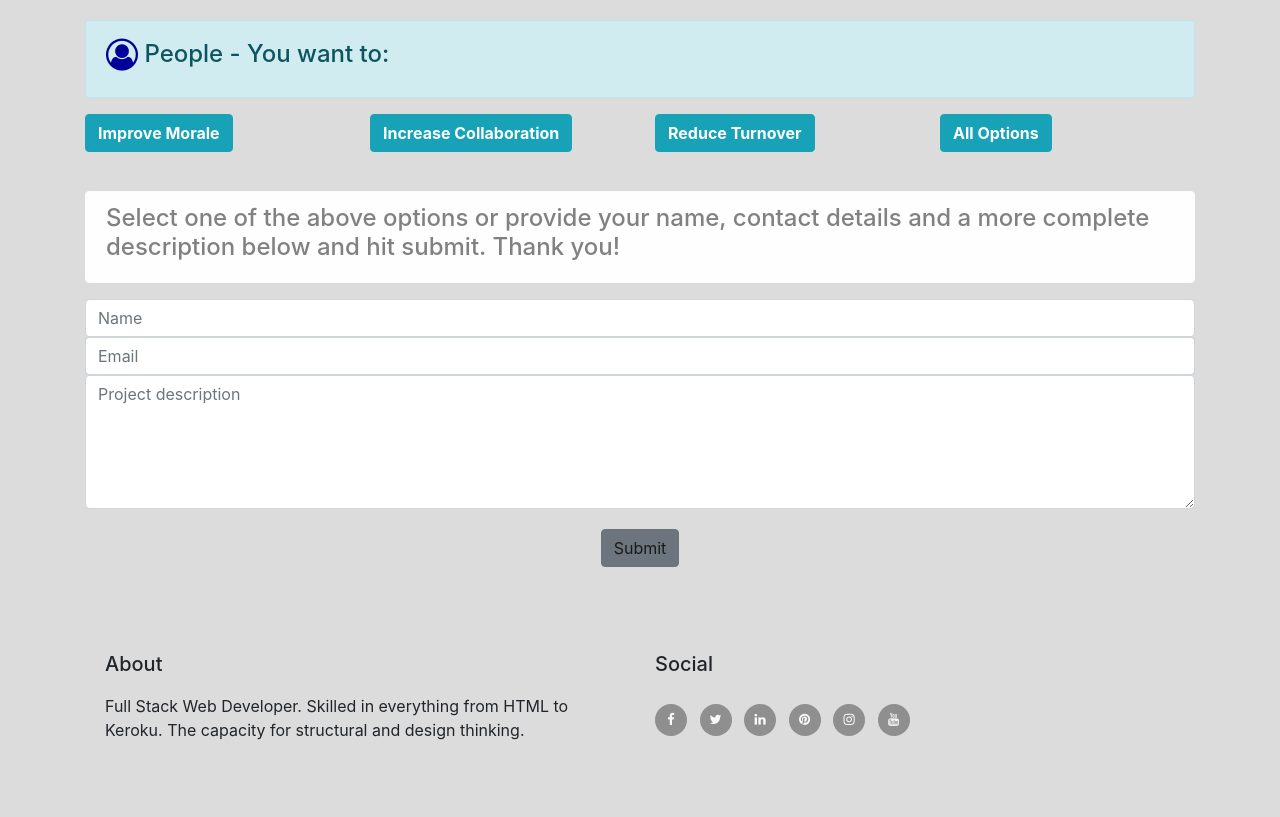
Repository: Code-Institute-Submissions/tenerim-milestone1
Page: People.html
The author's editor kept a record of every edit. The page is drawn from the files as they stood at one moment, then again after the next edit.
The browser window is 1280 px wide. The pictures show the whole page.

Above is the page before.

After the next edit:
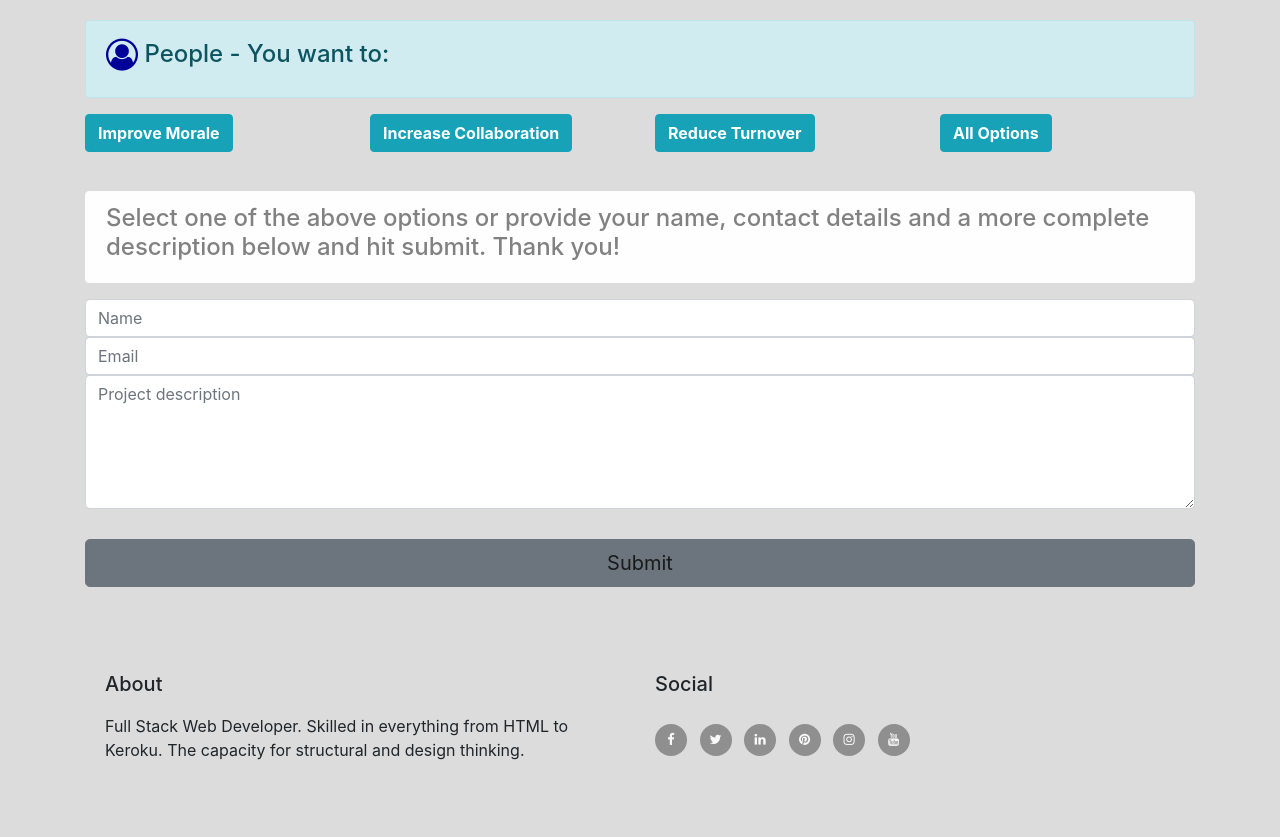
The edit:
--- a/People.html
+++ b/People.html
@@ -57,7 +57,7 @@
                     <textarea rows="5" name="projectsummary" id="projectsummary" class="form-control" placeholder="Project description" required></textarea>
                     <div class="form-row text-center">
                         <div class="col">
-                            <button type="submit" class="btn btn-secondary">Submit</button>
+                            <button type="submit" class="btn btn-secondary btn-lg btn-block">Submit</button>
                         </div>
                     </div>
                 </form>
